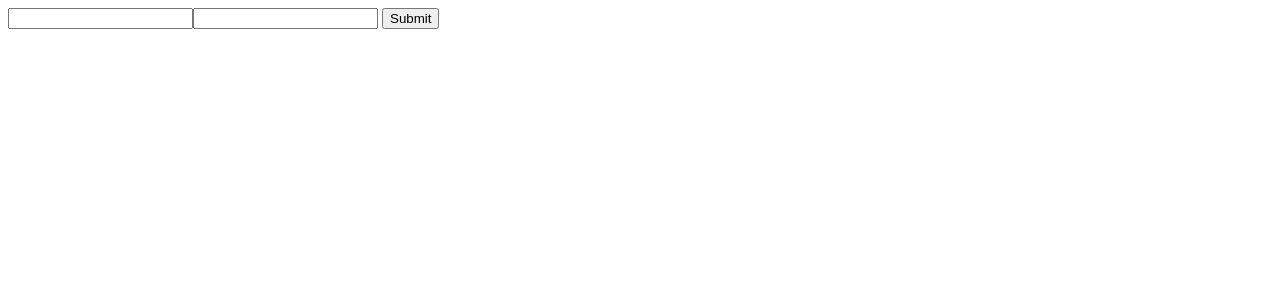
Repository: Mrudang123/Weather-Application
Page: WeatherApp/src/main/webapp/index.html
An editor plug-in stored every save of this project. The page is shown before and after the next save, followed by the edit.
The browser window is 1280 px wide. The pictures show the whole page.

Above is the page before, as saved 2024-07-15 12:59:37.

### WeatherApp/src/main/webapp/index.html
<!DOCTYPE html>
<html>
<head>
<meta charset="UTF-8">
<title>WeatherApp</title>
</head>
<body>
<form>
<input><input>
<button>Submit</button>
</form>
</body>
</html>

After the next save:
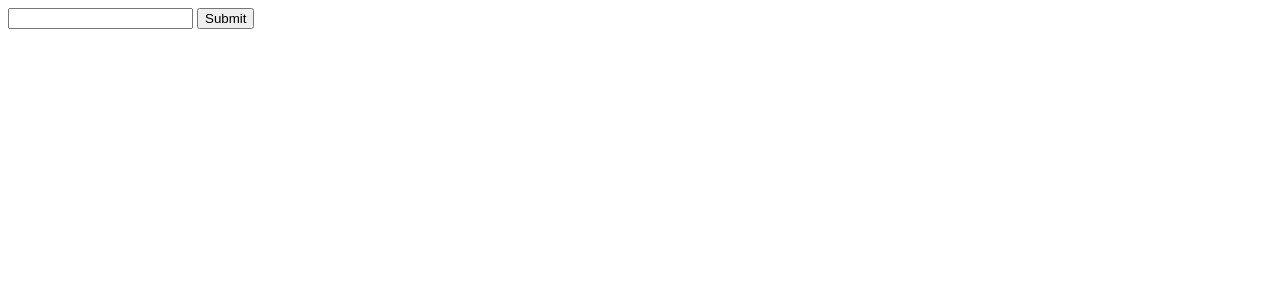
Saved 25 s later.
--- a/WeatherApp/src/main/webapp/index.html
+++ b/WeatherApp/src/main/webapp/index.html
@@ -6,7 +6,7 @@
 </head>
 <body>
 <form>
-<input><input>
+<input>
 <button>Submit</button>
 </form>
 </body>
